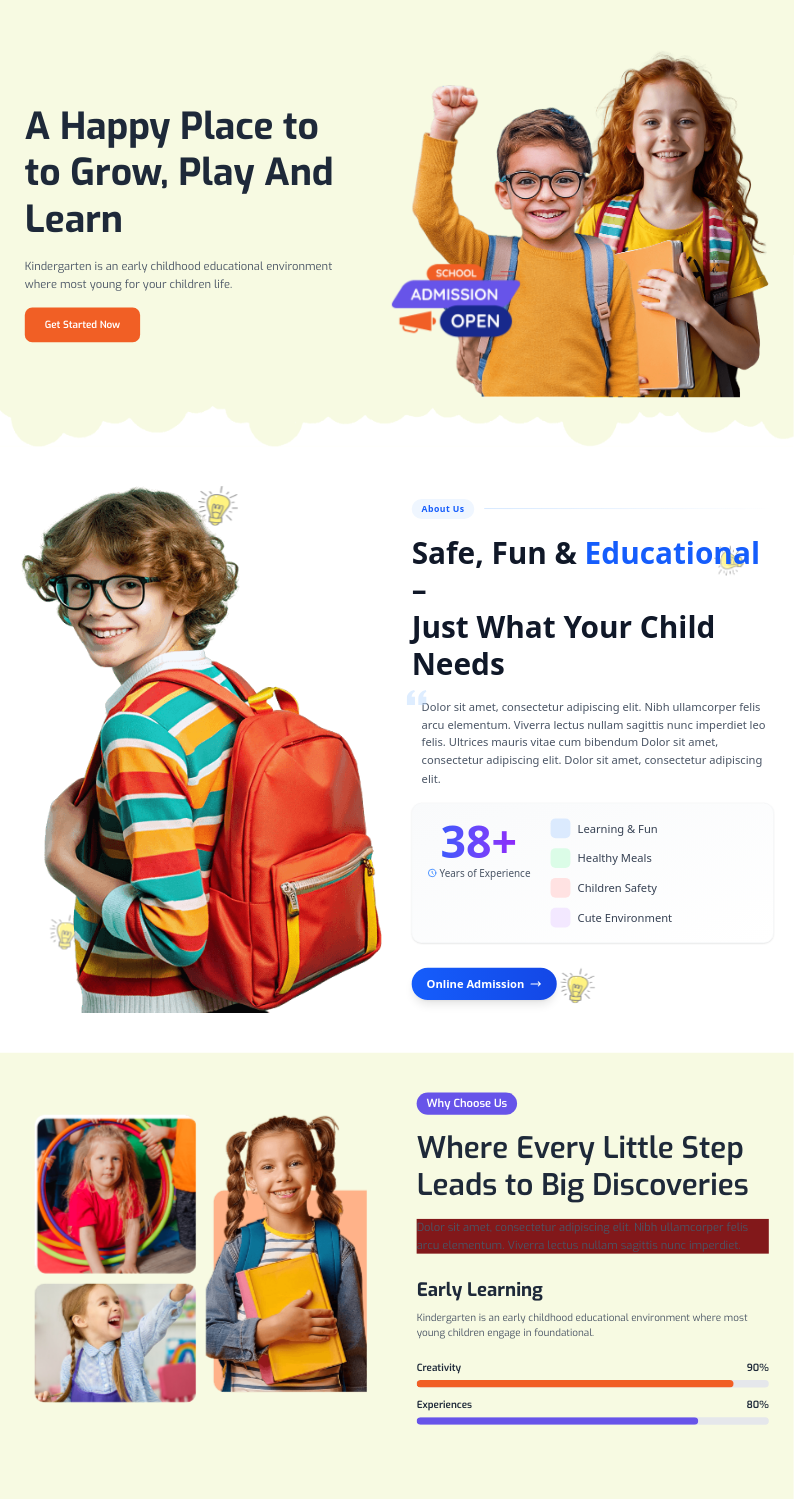
Repository: deepak445566/school
Page: / (app in okwork/)
These files come from the project's save history. The page is drawn as it stood at one moment and after the next save; the edit follows.
The browser window is 1280 px wide. The pictures show the whole page, at 62% of full size.
Some web fonts or font styles are not loaded; a fallback is used. The project was rebuilt for these pictures with package versions that can differ from the ones it lists, and the page was loaded fresh each time. Some packages were replaced by stand-ins written for this rebuild. Also part of the build but not shown: okwork/vite.config.js.

Above is the page before, as saved 2026-02-18 18:57:56.

After the next save:
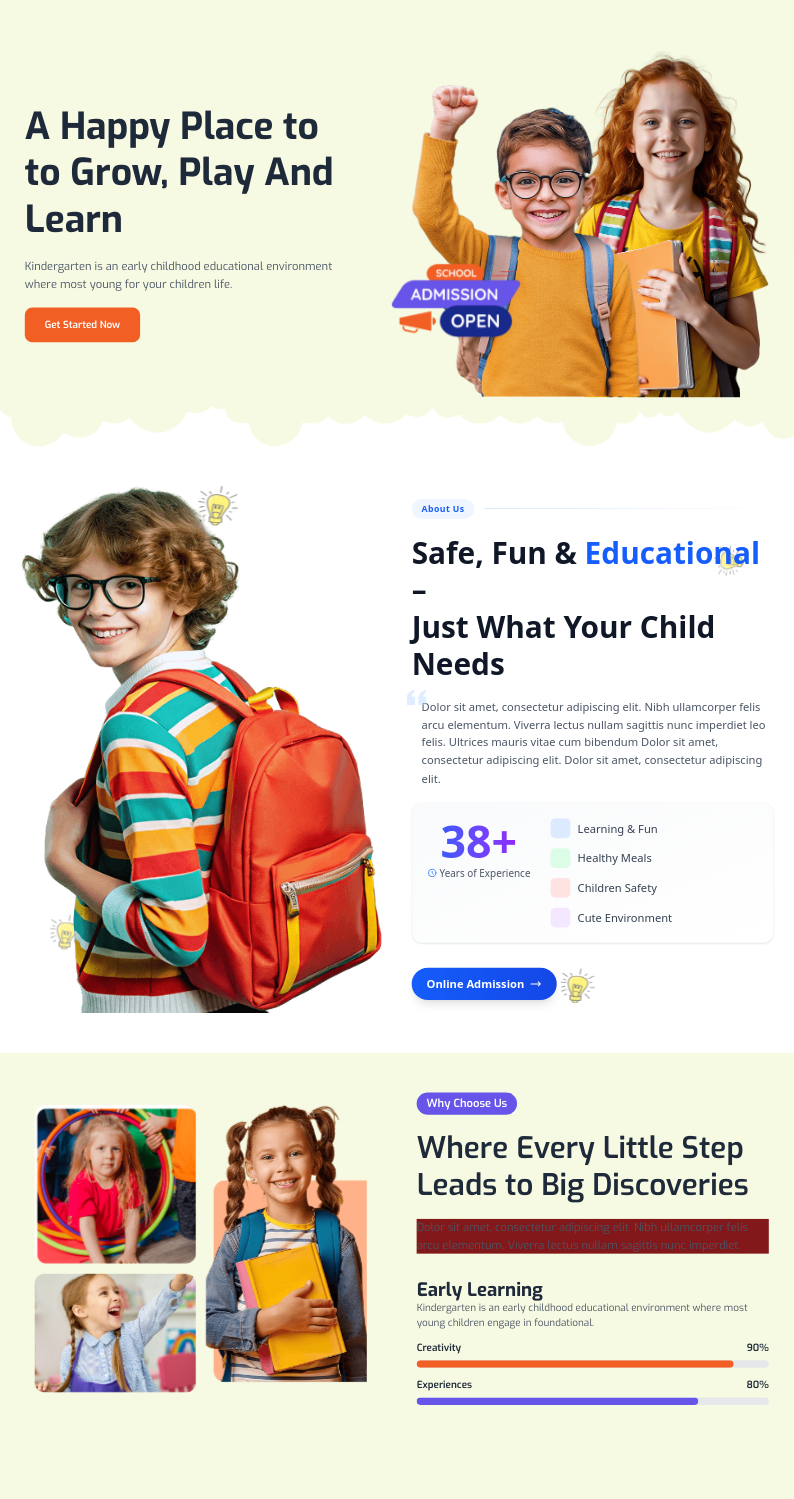
Saved 8 s later.
--- a/okwork/src/components/WhyChooseUs.jsx
+++ b/okwork/src/components/WhyChooseUs.jsx
@@ -63,7 +63,7 @@
             </p>
 
             {/* Early Learning section */}
-            <div className="space-y-4 pt-4">
+            <div className="space-y- pt-4">
               <h3 className="text-2xl md:text-3xl font-bold text-gray-800">
                 Early Learning
               </h3>

After the save that followed:
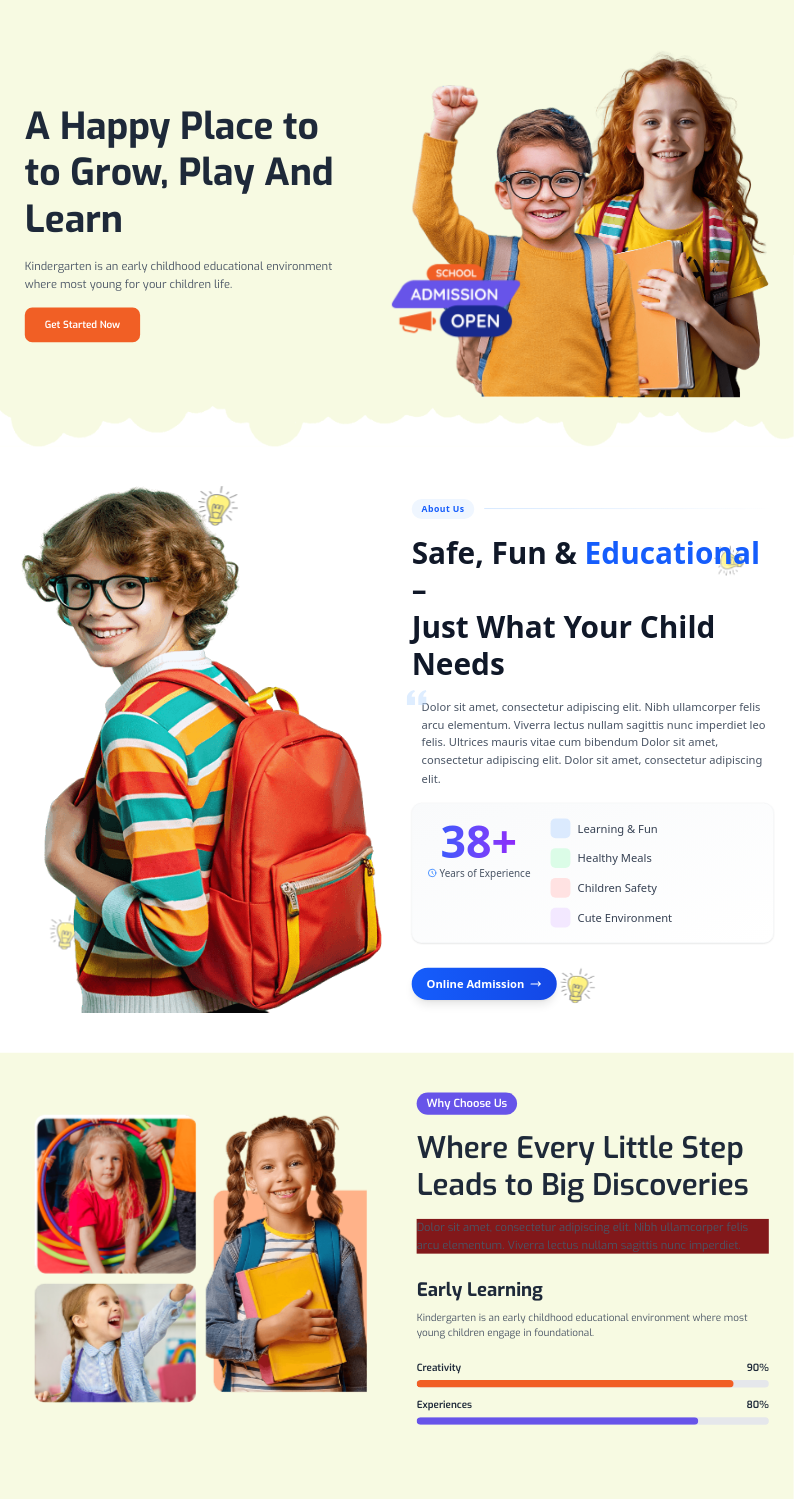
Saved 4 s later.
--- a/okwork/src/components/WhyChooseUs.jsx
+++ b/okwork/src/components/WhyChooseUs.jsx
@@ -63,7 +63,7 @@
             </p>
 
             {/* Early Learning section */}
-            <div className="space-y- pt-4">
+            <div className="space-y-4 pt-4">
               <h3 className="text-2xl md:text-3xl font-bold text-gray-800">
                 Early Learning
               </h3>
